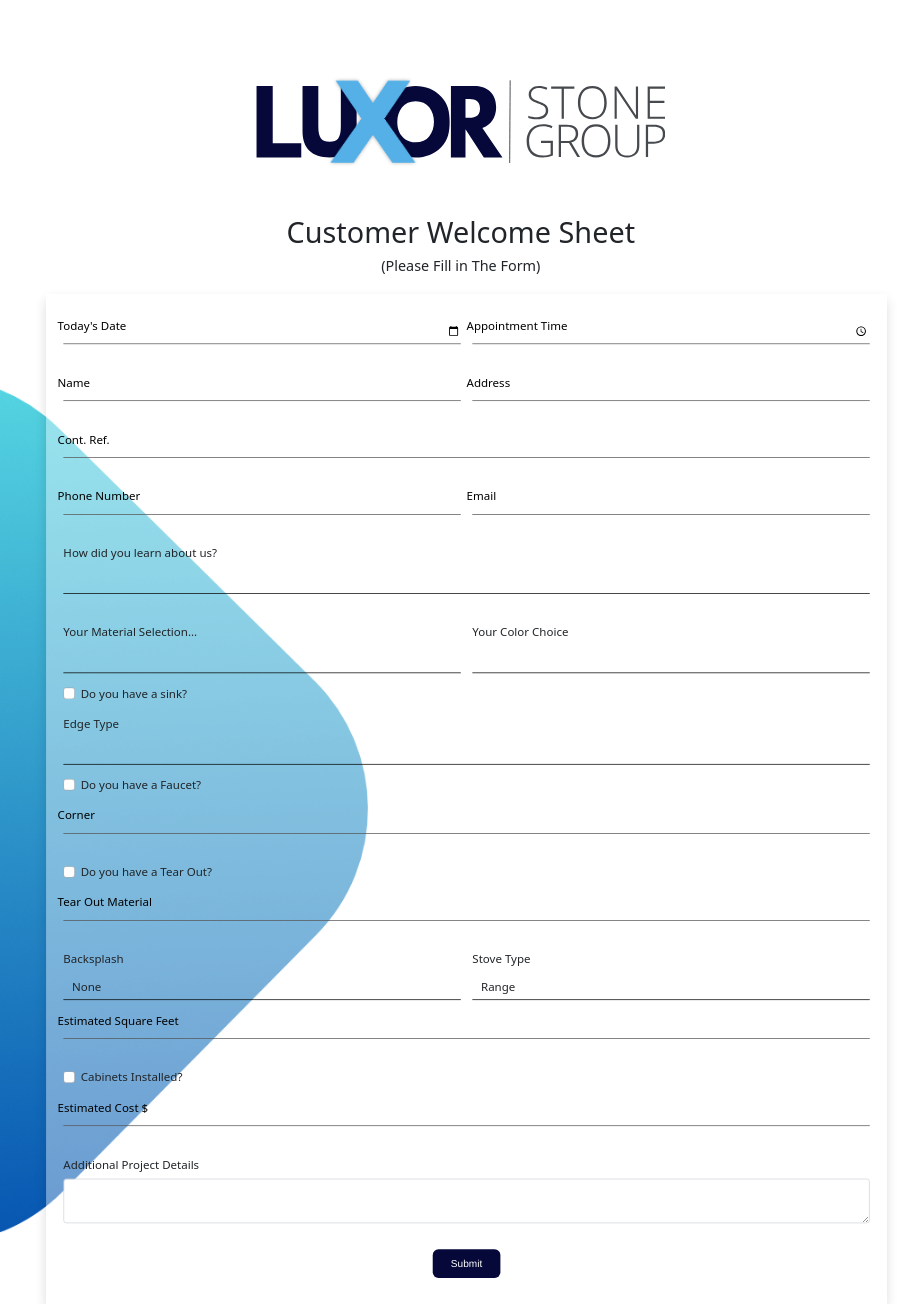
Repository: aya7abbal/Luxor-Customer-Form
Page: index.html
These files come from the project's save history. The page is drawn as it stood at one moment and after the next save; the edit follows.
The browser window is 1280 px wide. The pictures show the whole page, at 72% of full size.
The style sheet was rebuilt from its Sass, Less or Tailwind sources for each picture, by a compiler version that may differ from the author's.

Above is the page before, as saved 2023-10-21 12:07:24.

### index.html
<!DOCTYPE html>
<html lang="en">
  <head>
    <meta charset="UTF-8" />
    <meta http-equiv="X-UA-Compatible" content="IE=edge" />
    <link
      href="https://cdn.jsdelivr.net/npm/bootstrap@5.0.2/dist/css/bootstrap.min.css"
      rel="stylesheet"
      integrity="sha384-EVSTQN3/azprG1Anm3QDgpJLIm9Nao0Yz1ztcQTwFspd3yD65VohhpuuCOmLASjC"
      crossorigin="anonymous"
    />
    <link rel="stylesheet" href="./Styles/styles.css" />
    <meta name="viewport" content="width=device-width, initial-scale=1.0" />
    <script src="./script.js"></script>

    <title>Document</title>
  </head>
  <body class="p-3">
    <div class="container">
      <div class="row py-4 py-lg-6">
        <div class="col-lg-12 d-flex align-items-center justify-content-center">
          <div style="z-index: 1" class="lc-block mb-n3 mb-lg-0">
            <img
              class="img-fluid p-3 m-3 mb-5 logo"
              src="./Images/logo.svg"
              alt="Luxor Stone Group Logo"
            />
          </div>
          <!-- /lc-block -->
        </div>
        <!-- /col -->

        <div class="d-flex-col text-center">
          <h1>Customer Welcome Sheet</h1>

          <p class="lead">(Please Fill in The Form)</p>
        </div>
        <!-- /lc-block -->
      </div>
    </div>

    <div class="box">
      <form class="row g-3 shadow p-3 mx-4 mx-md-5">
        <!-- Date -->
        <div class="col-md-6 col-12 input-container">
          <input type="date" required id="date" />

          <label for="date">Today's Date</label>
        </div>

        <!-- Time -->
        <div class="col-md-6 col-12 input-container">
          <input type="time" id="aptTime" required />

          <label for="aptTime">Appointment Time</label>
        </div>
        <!-- Name -->
        <div class="col-12 col-md-6 input-container">
          <input type="text" required />
          <label for="name">Name</label>
        </div>

        <!-- Address -->
        <div class="col-12 col-md-6 input-container">
          <input type="text" required id="address" />
          <label for="address">Address</label>
        </div>
        <!-- Cont. Ref. -->
        <div class="col-12 input-container">
          <input type="text" id="contRef" required />
          <label for="contRef">Cont. Ref.</label>
        </div>
        <!-- Phone Number -->
        <div class="col-md-6 col-12 input-container">
          <input type="number" id="mobile" required />
          <label for="mobile">Phone Number</label>
        </div>
        <!-- Email -->
        <div class="col-md-6 col-12 input-container">
          <input type="email" required id="email" />
          <label for="email">Email</label>
        </div>
        <!-- Learn
    how -->
        <div class="col-12">
          <label for="learnHow" class="form-label"
            >How did you learn about us?</label
          >
          <select id="learnHow" class="form-select input-container">
            <option > </option>

            <option > hello</option>
            <option>answer 2</option>
          </select>
        </div>
        <!-- Material Selection -->
        <div class="col-md-6">
          <label for="material" class="form-label"
            >Your Material Selection...</label
          >
          <select id="material" class="form-select">
            <option selected> </option>
            <option>answer 2</option>
          </select>
        </div>
        <!-- Color Choice -->
        <div class="col-md-6">
          <label for="color" class="form-label"> Your Color Choice</label>
          <select id="color" class="form-select">
            <option selected> </option>
            <option>answer 2</option>
          </select>
        </div>
        <!-- Sink Check -->
        <div class="col-12">
          <div class="form-check">
            <label class="form-check-label" for="sinkCheck">
              Do you have a sink?</label
            >
            <input class="form-check-input" type="checkbox" id="sinkCheck" />
          </div>
        </div>
        <!-- Edge Type -->
        <div class="col-12">
          <label for="edge" class="form-label"> Edge Type</label>
          <select id="edge" class="form-select">
            <option selected> </option>
            <option>answer 2</option>
          </select>
        </div>
        <!-- Faucet Check -->
        <div class="col-12">
          <div class="form-check">
            <label class="form-check-label" for="sinkCheck">
              Do you have a Faucet?</label
            >
            <input class="form-check-input" type="checkbox" id="sinkCheck" />
          </div>
        </div>
        <!-- Corner -->
        <div class="col-12 input-container">
          <input type="text" id="corner" required />
          <label for="corner">Corner</label>
        </div>

        <!-- Tear Out Check -->
        <div class="col-12">
          <div class="form-check">
            <label class="form-check-label" for="tearCheck">
                <input class="form-check-input" type="checkbox" id="tearCheck" />
              Do you have a Tear Out?</label
            >
          </div>
        </div>

        <!-- Tear Out Type -->
        <div class="col-12 input-container">
            <input
              type="text"
              id="tearMaterial"
              required
            />
          <label for="tearMaterial" >Tear Out Material</label>
        </div>

        <!-- Backsplash-->
        <div class="col-md-6 col-12">
          <label for="backsplash" class="form-label"> Backsplash</label>
          <select id="backsplash" class="form-select">
            <option selected>None</option>
            <option>4"</option>
            <option>6"</option>
            <option>Full</option>
          </select>
        </div>
        <!-- Stove Type -->
        <div class="col-md-6 col-12">
          <label for="stoveType" class="form-label"> Stove Type</label>
          <select id="stoveType" class="form-select">
            <option selected>Range</option>
            <option>Cook Top</option>
          </select>
        </div>
        <!--Area-->
        <div class="col-12 input-container">
            <input type="number" id="area" required/>
          <label for="area" >Estimated Square Feet</label>
        </div>
        <!-- Tear Out Check -->
        <div class="col-12">
          <div class="form-check">
            <label class="form-check-label" for="cabinets">
              Cabinets Installed?</label
            >
            <input class="form-check-input" type="checkbox" id="cabinets" />
          </div>
        </div>
        <!--Cost-->
        <div class="col-12 input-container">
            <input type="number" id="price" required/>
          <label for="price" >Estimated Cost $</label>
        </div>
        <!-- Additional Details -->
        <div class="col-12">
          <label for="details" class="form-label"
            >Additional Project Details</label
          >
          <textarea class="form-control" aria-label="With textarea"></textarea>
        </div>

        <!-- Submit Button -->
        <div class="col-12 d-flex justify-content-center">
          <button type="submit" class="btn button-1">Submit</button>
        </div>
        <!-- /lc-block -->
      </form>
    </div>
  </body>
</html>

### script.js
let timer;

document.addEventListener('input', e => {
  const el = e.target;

  if( el.matches('[data-color]') ) {
    clearTimeout(timer);
    timer = setTimeout(() => {
      document.documentElement.style.setProperty(`--color-${el.dataset.color}`, el.value);
    }, 100)
  }
})

### Styles/styles.scss
.btn-submit {
  width: 200px;
  padding: 0.7rem;
  background-color: #050839;
  color: white;
}
.logo {
  width: 600px;
}
@media (max-width: 769px) {
  .logo {
    width: 400px;
  }
}

body {
  margin-top: 2rem;
  background-image: url(../Images/design4.jpg);
  background-size: cover;
  background-repeat: no-repeat;
}
form {
  background-color: rgba($color: #fff, $alpha: 0.4);
  // Date and Time Input Remove Place Holder
  input[type="date"]:required:invalid::-webkit-datetime-edit {
    color: transparent;
  }
  input[type="date"]:focus::-webkit-datetime-edit {
    color: black !important;
  }
  input[type="time"]:required:invalid::-webkit-datetime-edit {
    color: transparent;
  }
  input[type="time"]:focus::-webkit-datetime-edit {
    color: black !important;
  }

  .form-select{
      border:none;
      border-bottom: 1px solid black;
      border-radius: 0PX;
      background: transparent;
      position: relative;
  }

  option{
      position: absolute;
      bottom: 20px;
  }
}

// Submit Button
/* CSS */
.button-1 {
  background-color: #050839;
  border-radius: 8px;
  border-style: none;
  box-sizing: border-box;
  color: #ffffff;
  cursor: pointer;
  display: inline-block;
  font-family: "Haas Grot Text R Web", "Helvetica Neue", Helvetica, Arial,
    sans-serif;
  font-size: 14px;
  font-weight: 500;
  height: 40px;
  line-height: 20px;
  list-style: none;
  margin: 20px;
  outline: none;
  padding: 10px 25px;
  position: relative;
  text-align: center;
  text-decoration: none;
  transition: color 100ms;
  vertical-align: baseline;
  user-select: none;
  -webkit-user-select: none;
  touch-action: manipulation;
}

.button-1:hover,
.button-1:focus {
  background-color: white;
  color: #050839;
}




// Input Animation

@import url("https://fonts.googleapis.com/css?family=Noto+Sans:400,400i,700,700i&subset=greek-ext");
.box {
    position: absolute;
  }

.input-container {
  position: relative;
  margin-bottom: 25px;
}

.input-container label {
  position: absolute;
  top: 0px;
  left: 0px;
  font-size: 16px;
  color: black;
  pointer-event: none;
  transition: all 0.5s ease-in-out;
}
.input-container input {
  border: 0;
  border-bottom: 1px solid #555;
  background: transparent;
  width: 100%;
  padding: 8px 0 5px 0;
  font-size: 16px;
  color: #fff;
}
.input-container input:focus {
  border: none;
  outline: none;
  border-bottom: 1px solid #55b0e8;
}
.input-container input:focus ~ label,
.input-container input:valid ~ label {
  top: -12px;
  font-size: 12px;
}

After the next save:
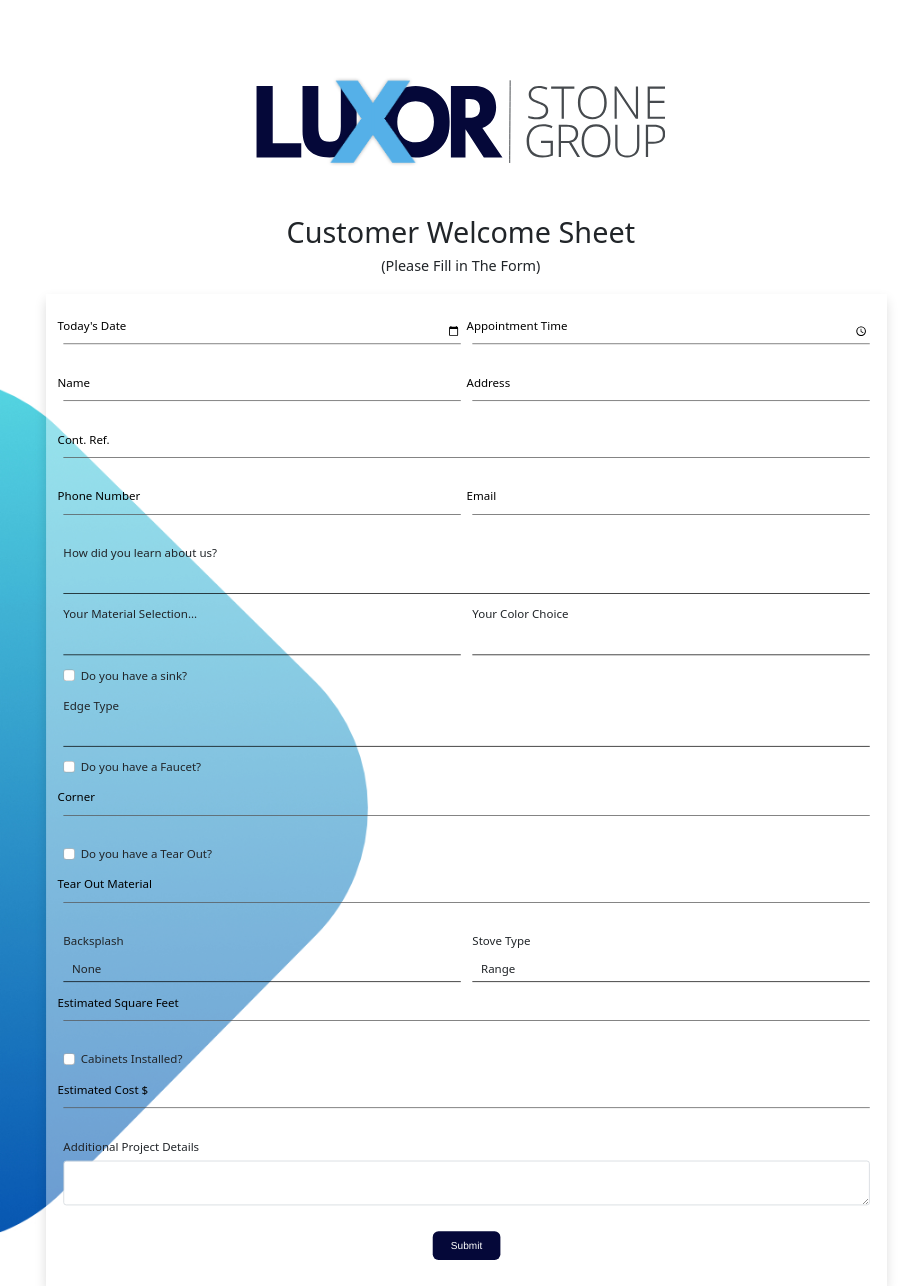
Saved 21 s later.
--- a/index.html
+++ b/index.html
@@ -86,9 +86,8 @@
           <label for="learnHow" class="form-label"
             >How did you learn about us?</label
           >
-          <select id="learnHow" class="form-select input-container">
+          <select id="learnHow" class="form-select ">
             <option > </option>
-
             <option > hello</option>
             <option>answer 2</option>
           </select>
